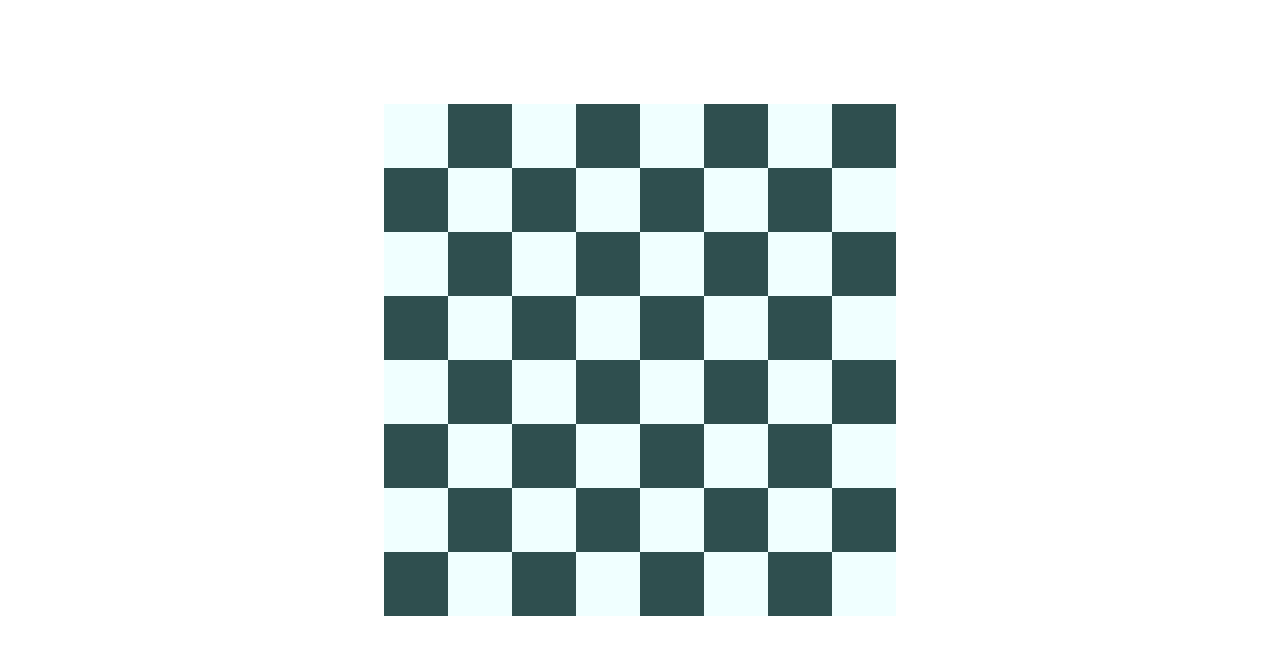
Repository: Mirsmog/react-chess
Page: /
The author's editor kept a copy of each file at every save. The page is drawn from the files as they stood at one save, then again after the next save.
The browser window is 1280 px wide. The pictures show the whole page.
The project was rebuilt for these pictures with package versions that can differ from the ones it lists, and the page was loaded fresh each time. Also part of the build but not shown: vite.config.ts.

Above is the page before, as saved 2023-10-28 13:31:48.

### src/App.tsx
import BoardComponent from '@/components/BoardComponent';
import { Board } from './models/Board';
import React from 'react';

const App = () => {
  const [board, setBoard] = React.useState(new Board());

  React.useEffect(() => {
    restart();
  }, []);

  function restart() {
    const newBoard = new Board();
    newBoard.initCells();
    setBoard(newBoard);
  }
  return (
    <div className='app'>
      <BoardComponent board={board} setBoard={setBoard} />
    </div>
  );
};

export default App;

### src/index.css
:root {
  --sell-size: 64px;
}

* {
  margin: 0;
  padding: 0;
}

.app {
  background-color: #323232
  width: 100vw;
  height: 100vh;
  display: flex;
  justify-content: center;
  align-items: center;
}

.board {
  display: flex;
  width: calc(var(--sell-size) * 8);
  height: calc(var(--sell-size) * 8);
  flex-wrap: wrap;
}

.cell {
  width: var(--sell-size);
  height: var(--sell-size);
  display: flex;
  justify-content: center;
  align-items: center;
}

.black {
  background-color: darkslategrey;
}

.white {
  background-color: azure;
}

### src/components/BoardComponent.tsx
import { Board } from '@/models/Board';
import React from 'react';
import CellComponent from './CellComponent';

type Props = {
  board: Board;
  setBoard: (board: Board) => void;
};

const BoardComponent: React.FC<Props> = ({ board, setBoard }) => {
  return (
    <div className='board'>
      {board.cells.map((row, index) => (
        <React.Fragment key={index}>
          {row.map((cell) => (
            <CellComponent key={cell.id} cell={cell} />
          ))}
        </React.Fragment>
      ))}
    </div>
  );
};

export default BoardComponent;

### src/models/Board.ts
import { Cell } from './Cell';
import { Colors } from './Colors';

export class Board {
  cells: Cell[][] = [];

  public initCells() {
    for (let i = 0; i < 8; i++) {
      const row: Cell[] = [];
      for (let j = 0; j < 8; j++) {
        if ((i + j) % 2 !== 0) {
          row.push(new Cell(this, j, i, Colors.BLACK, null)); // black
        } else {
          row.push(new Cell(this, j, i, Colors.WHITE, null)); // white
        }
      }
      this.cells.push(row);
    }
  }
}

### src/components/CellComponent.tsx
import { Cell } from '@/models/Cell';
import React from 'react';

type Props = {
  cell: Cell;
};

const CellComponent: React.FC<Props> = ({ cell }) => {
  return <div className={`cell ${cell.color}`}>

  </div>;
};

export default CellComponent;

### src/models/Cell.ts
import { Board } from './Board';
import { Colors } from './Colors';
import { Figure } from './figures/Figure';

export class Cell {
  readonly x: number;
  readonly y: number;
  readonly color: Colors;
  figure: Figure | null;
  board: Board;
  available: boolean;
  id: number;

  constructor(
    board: Board,
    x: number,
    y: number,
    color: Colors,
    figure: Figure | null
  ) {
    this.board = board;
    this.figure = figure;
    this.color = color;
    this.x = x;
    this.y = y;
    this.available = false;
    this.id = Math.random();
  }
}

### src/models/Colors.ts
export enum Colors {
  BLACK = 'black',
  WHITE = 'white',
}

Loaded but not shown: index.html (common file); src/main.tsx (common file)

After the next save:
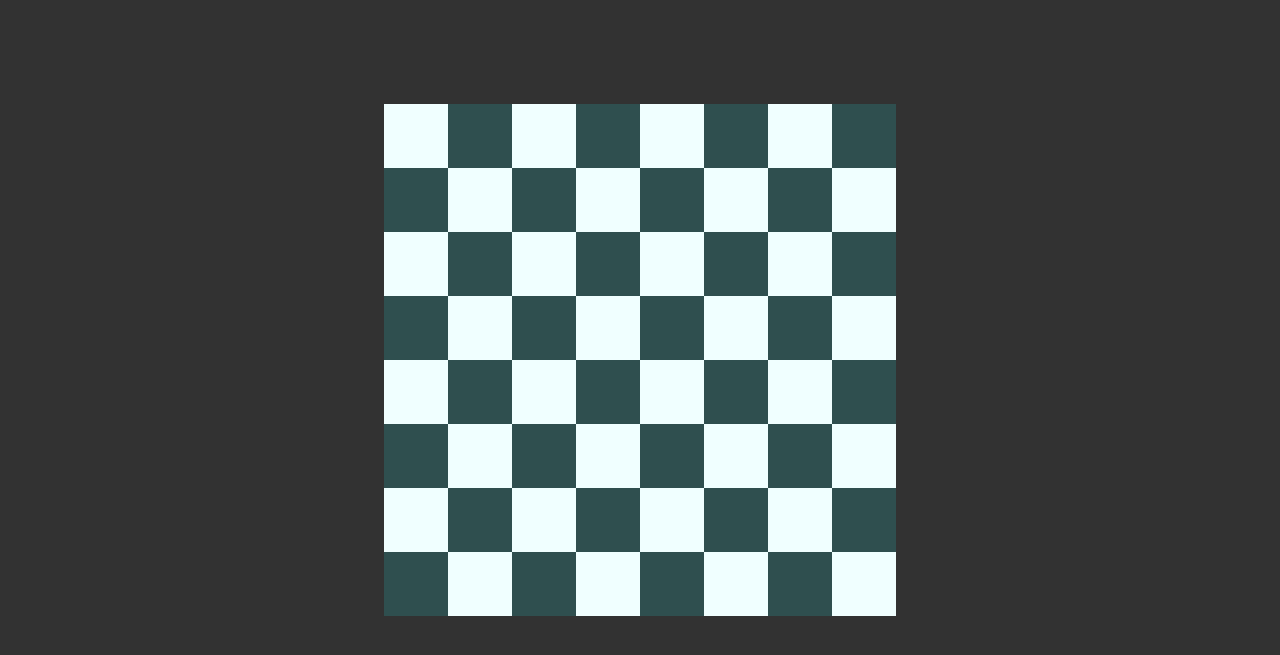
Saved 6 s later.
--- a/src/index.css
+++ b/src/index.css
@@ -8,7 +8,7 @@
 }
 
 .app {
-  background-color: #323232
+  background-color: #323232;
   width: 100vw;
   height: 100vh;
   display: flex;
